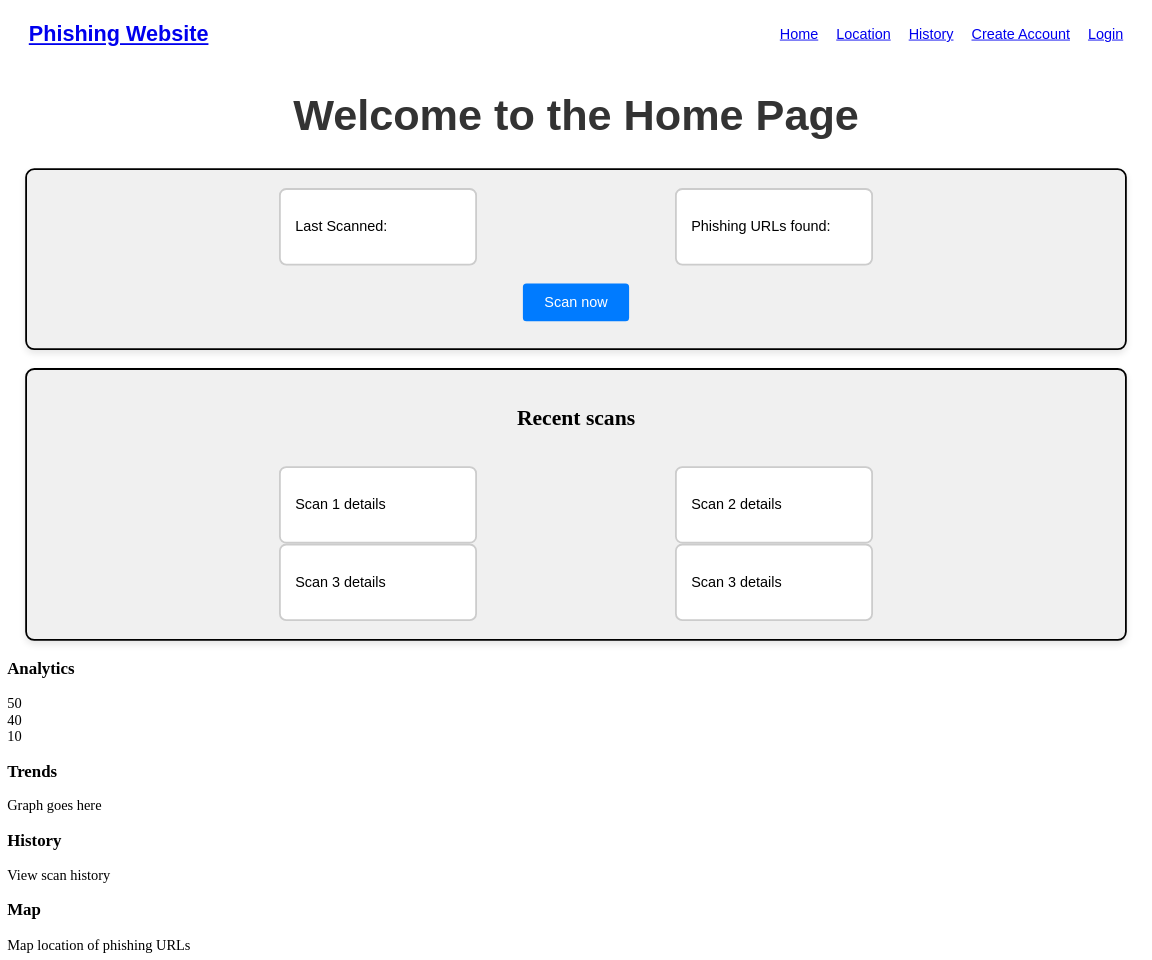
Repository: 2305199/Final-year-project
Page: / (app in frontend/)
The author's editor kept a copy of each file at every save. The page is drawn from the files as they stood at one save, then again after the next save.
The browser window is 1280 px wide. The pictures show the whole page, at 90% of full size.
The project was rebuilt for these pictures with package versions that can differ from the ones it lists, and the page was loaded fresh each time. Also part of the build but not shown: frontend/vite.config.js, frontend/src/Location/Location.jsx, frontend/src/History/History.jsx, frontend/src/User/CreateAccount.jsx, frontend/src/User/Login.jsx.

Above is the page before, as saved 2026-01-29 01:43:30.

### frontend/src/App.jsx
import { BrowserRouter as Router, Routes, Route } from 'react-router-dom';
import Home from './Home/Home.jsx'
import Location from './Location/Location.jsx'
import History from './History/History.jsx'
import CreateAccount from './User/CreateAccount.jsx'
import Login from './User/Login.jsx'
import Header from './components/Header.jsx'

function App() {

  return (
    <Router>
    <Header />
   <Routes>
      <Route path="/" element={<Home />} />
      <Route path="/location" element={<Location />} />
      <Route path="/history" element={<History />} />
      <Route path="/createAccount" element={<CreateAccount />} />
      <Route path="/login" element={<Login />} />
   </Routes>
    </Router>
  )
}

export default App

### frontend/src/Home/Home.jsx
import styles from './Home.module.css'
function Home() {
    return ( <div>
        <div className={styles.title}> <h1>Welcome to the Home Page</h1></div>


<div className={styles.Box}>
  <div className={styles.topRow}>
    <div className={styles.Lscanned}>
      <p>Last Scanned:</p>
    </div>

    <div className={styles.Pfound}>
      <p>Phishing URLs found:</p>
    </div>
  </div>

  <button className={styles.scanButton}>Scan now</button>
</div>



    <div className={styles.Box}>
        <h2>Recent scans</h2>
        <div className={styles.recentScans}>
            <div className={styles.topRow}>
            <div className={styles.Lscanned}><p>Scan 1 details</p></div>
            <div className={styles.Lscanned}><p>Scan 2 details</p></div>
            </div>
            <div className={styles.topRow}>
            <div className={styles.Lscanned}><p>Scan 3 details</p></div>
             <div className={styles.Lscanned}><p>Scan 3 details</p></div>
             </div>
        </div>
    </div>
          {/* Lower dashboard blocks */}
      <section className={styles.section}>
        <div className={styles.bottomGrid}>
          {/* Analytics numbers */}
          <div className={styles.panel}>
            <h3 className={styles.panelTitle}>Analytics</h3>
            <div className={styles.analyticsCircles}>
              <div className={styles.circle}>50</div>
              <div className={styles.circle}>40</div>
              <div className={styles.circle}>10</div>
            </div>
          </div>

          {/* Chart placeholder */}
          <div className={styles.panel}>
            <h3 className={styles.panelTitle}>Trends</h3>
            <div className={styles.chartPlaceholder}>Graph goes here</div>
          </div>

          {/* History */}
          <div className={styles.panel}>
            <h3 className={styles.panelTitle}>History</h3>
            <div className={styles.panelBody}>View scan history</div>
          </div>

          {/* Map */}
          <div className={styles.panel}>
            <h3 className={styles.panelTitle}>Map</h3>
            <div className={styles.panelBody}>Map location of phishing URLs</div>
          </div>
        </div>
      </section>

    </div>)
}
export default Home

### frontend/src/components/Header.jsx
import styles from './Header.module.css'
function Header() {
    return (   <nav className={styles.navbar}>
      <h1 className={styles.logo}>
        <a href="/">Phishing Website</a>
      </h1>

      <ul className={styles.navLinks}>
        <li><a href="/">Home</a></li>
        <li><a href="/location">Location</a></li>
        <li><a href="/history">History</a></li>
        <li><a href="/createAccount">Create Account</a></li>
        <li><a href="/login">Login</a></li>
      </ul>
    </nav>)

}
export default Header

### frontend/src/Home/Home.module.css
.title{
    text-align: center;
    font-size: 1.5rem;
    margin-bottom: 20px;
    color: #333;
    font-family: 'Arial', sans-serif;
}
.Box{
    display: flex;
    flex-direction: column;
    align-items: center;
    justify-content: center;
   border: 2px solid black;
    padding: 20px;
    margin: 20px;
    background-color: #f0f0f0;
    border-radius: 10px;
    box-shadow: 0 4px 8px rgba(0, 0, 0, 0.1);

}
.container {
  display: grid;
  gap: 20px;
}

.Box {
  display: flex;
  flex-direction: column;
  align-items: center;
  gap: 20px;
}

.Lscanned,
.Pfound {
  border: 2px solid #ccc;
  padding: 16px;
  border-radius: 8px;
  background-color: #ffffff;
  font-family: 'Arial', sans-serif;
  width: 220px;
  box-sizing: border-box;
  margin-right: 100px;
  margin-left: 100px;
}

.scanButton {
  padding: 12px 24px;
  font-size: 16px;
  background-color: #007bff;
  color: #ffffff;
  border: none;
  border-radius: 4px;
  cursor: pointer;
  transition: background-color 0.3s ease;
  margin-bottom: 10px;

}
.scanButton:hover {
  background-color: #0056b3;}
.topRow {
  display: flex;
  flex-direction: row; /* side by side */
  gap: 20px;
  align-items: center;
}

### frontend/src/components/Header.module.css
.navLinks {
  list-style: none;
  display: flex;
  gap: 20px;
  margin: 0;
  padding: 0;
}

.navbar {
  display: flex;
  justify-content: space-between;
  align-items: center;
  padding: 16px 24px;
  font-family: Arial, Helvetica, sans-serif;

}
.logo {
  margin: 0;
  font-size: 24px;
}

Loaded but not shown: frontend/index.html (common file); frontend/src/main.jsx (common file); frontend/src/index.css (no stored copy; drawn as an empty file)

After the next save:
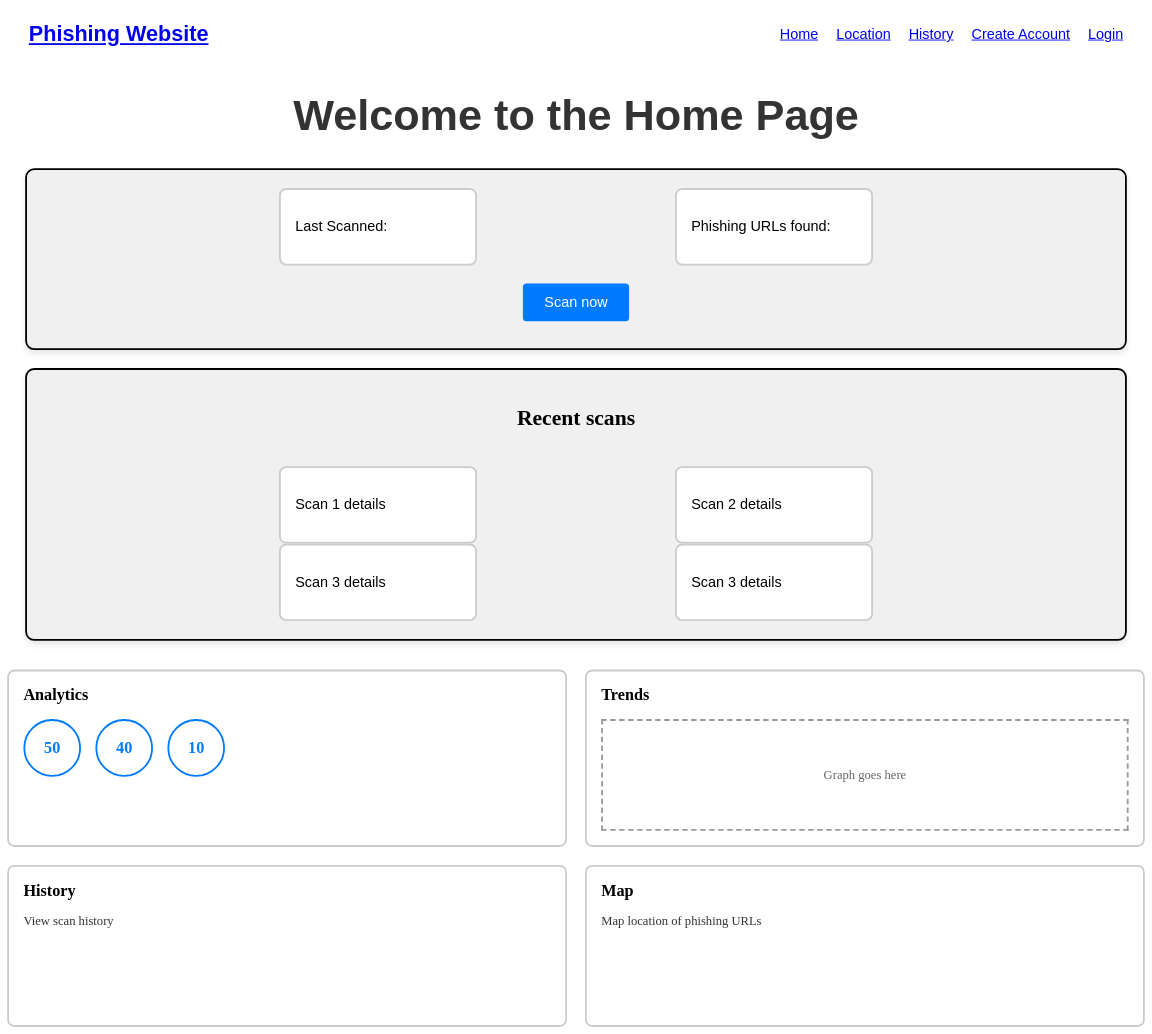
Saved 2 min 15 s later.
--- a/frontend/src/Home/Home.module.css
+++ b/frontend/src/Home/Home.module.css
@@ -56,10 +56,142 @@
 
 }
 .scanButton:hover {
-  background-color: #0056b3;}
+  background-color: #0056b3;
+}
+
 .topRow {
   display: flex;
   flex-direction: row; /* side by side */
   gap: 20px;
   align-items: center;
 }
+/* Section wrapper */
+.section {
+  margin-top: 32px;
+}
+
+/* Grid holding Analytics, Trends, History, Map */
+.bottomGrid {
+  display: grid;
+  grid-template-columns: repeat(2, 1fr); /* 2x2 grid */
+  gap: 20px;
+}
+
+/* Individual panel/card */
+.panel {
+  border: 2px solid #ccc;
+  border-radius: 8px;
+  background-color: #ffffff;
+  padding: 16px;
+  min-height: 180px;
+  box-sizing: border-box;
+}
+
+/* Panel title */
+.panelTitle {
+  margin: 0 0 16px;
+  font-size: 18px;
+  font-weight: 600;
+}
+
+/* Analytics circles container */
+.analyticsCircles {
+  display: flex;
+  gap: 16px;
+}
+
+/* Individual circle */
+.circle {
+  width: 60px;
+  height: 60px;
+  border-radius: 50%;
+  border: 2px solid #007bff;
+  display: flex;
+  align-items: center;
+  justify-content: center;
+  font-size: 18px;
+  font-weight: bold;
+  color: #007bff;
+}
+
+/* Chart placeholder box */
+.chartPlaceholder {
+  height: 120px;
+  border: 2px dashed #999;
+  display: flex;
+  align-items: center;
+  justify-content: center;
+  color: #666;
+  font-size: 14px;
+}
+
+/* Generic panel content (History / Map text) */
+.panelBody {
+  font-size: 14px;
+  color: #333;
+}
+/* Section wrapper */
+.section {
+  margin-top: 32px;
+}
+
+/* Grid holding Analytics, Trends, History, Map */
+.bottomGrid {
+  display: grid;
+  grid-template-columns: repeat(2, 1fr); /* 2x2 grid */
+  gap: 20px;
+}
+
+/* Individual panel/card */
+.panel {
+  border: 2px solid #ccc;
+  border-radius: 8px;
+  background-color: #ffffff;
+  padding: 16px;
+  min-height: 180px;
+  box-sizing: border-box;
+}
+
+/* Panel title */
+.panelTitle {
+  margin: 0 0 16px;
+  font-size: 18px;
+  font-weight: 600;
+}
+
+/* Analytics circles container */
+.analyticsCircles {
+  display: flex;
+  gap: 16px;
+}
+
+/* Individual circle */
+.circle {
+  width: 60px;
+  height: 60px;
+  border-radius: 50%;
+  border: 2px solid #007bff;
+  display: flex;
+  align-items: center;
+  justify-content: center;
+  font-size: 18px;
+  font-weight: bold;
+  color: #007bff;
+}
+
+/* Chart placeholder box */
+.chartPlaceholder {
+  height: 120px;
+  border: 2px dashed #999;
+  display: flex;
+  align-items: center;
+  justify-content: center;
+  color: #666;
+  font-size: 14px;
+}
+
+/* Generic panel content (History / Map text) */
+.panelBody {
+  font-size: 14px;
+  color: #333;
+}
